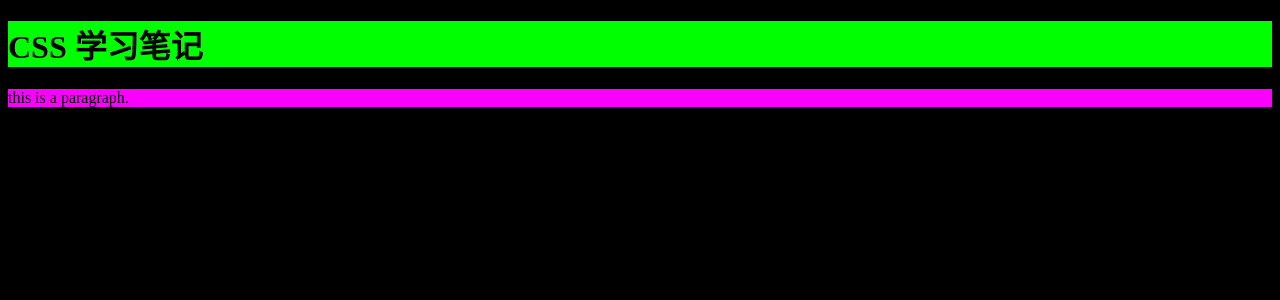
Repository: libelosophy/anjoyo
Page: workspace/QTalk/WebContent/html/cssdemo.html
The author's editor kept a copy of each file at every save. The page is drawn from the files as they stood at one save, then again after the next save.
The browser window is 1280 px wide. The pictures show the whole page.

Above is the page before, as saved 2013-09-10 11:53:56.

### workspace/QTalk/WebContent/html/cssdemo.html
<!DOCTYPE html>
<html>
<head>

<meta charset="UTF-8">
<title>Insert title here</title>
<link rel="stylesheet" type="text/css" href="mystyle.css" />
</head>
<body>
	<h1>CSS 学习笔记</h1>
	<p>this is a paragraph.</p>


</body>
</html>

### workspace/QTalk/WebContent/html/mystyle.css
@CHARSET "UTF-8";

body {background-color: black}
h1 {background-color: #00ff00}
h2 {background-color: transparent}
p {background-color: rgb(250,0,255)}

After the next save:
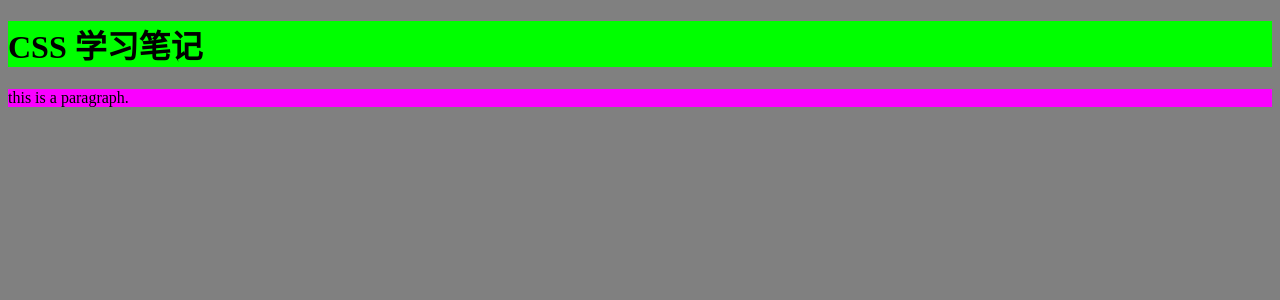
Saved 47 s later.
--- a/workspace/QTalk/WebContent/html/mystyle.css
+++ b/workspace/QTalk/WebContent/html/mystyle.css
@@ -1,6 +1,6 @@
 @CHARSET "UTF-8";
 
-body {background-color: black}
+body {background-color: grey}
 h1 {background-color: #00ff00}
 h2 {background-color: transparent}
 p {background-color: rgb(250,0,255)}
